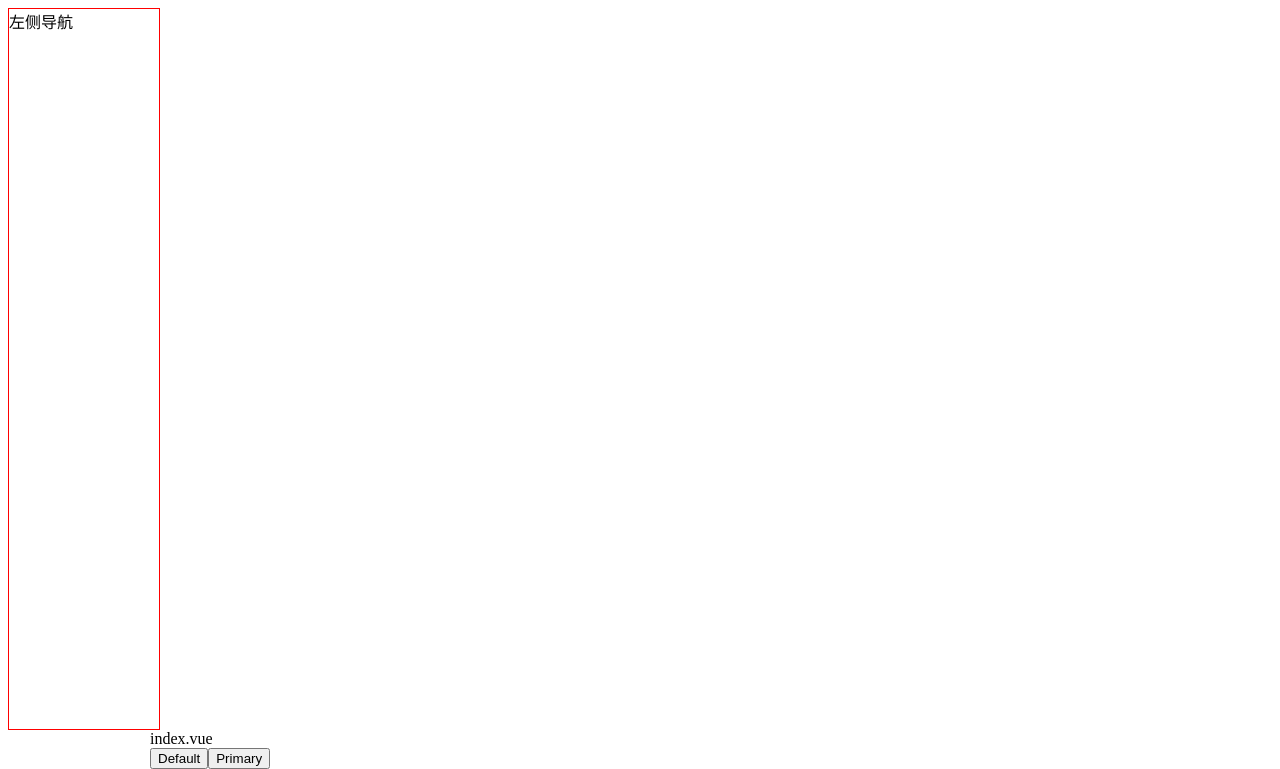
Repository: hanjinning/basicVueProject
Page: /
An editor plug-in stored every save of this project. The page is shown before and after a run of saves, followed by the edit.
The browser window is 1280 px wide. The pictures show the whole page.
The page's requests for data from a server got no answer. The project was rebuilt for these pictures with package versions that can differ from the ones it lists, and the page was loaded fresh each time. No one was signed in, and anything a server would have sent is missing. Also part of the build but not shown: vue.config.js, src/components/HelloWorld.vue, src/views/Home.vue.

Above is the page before, as saved 2021-03-18 10:53:33.

After the next 2 saves:
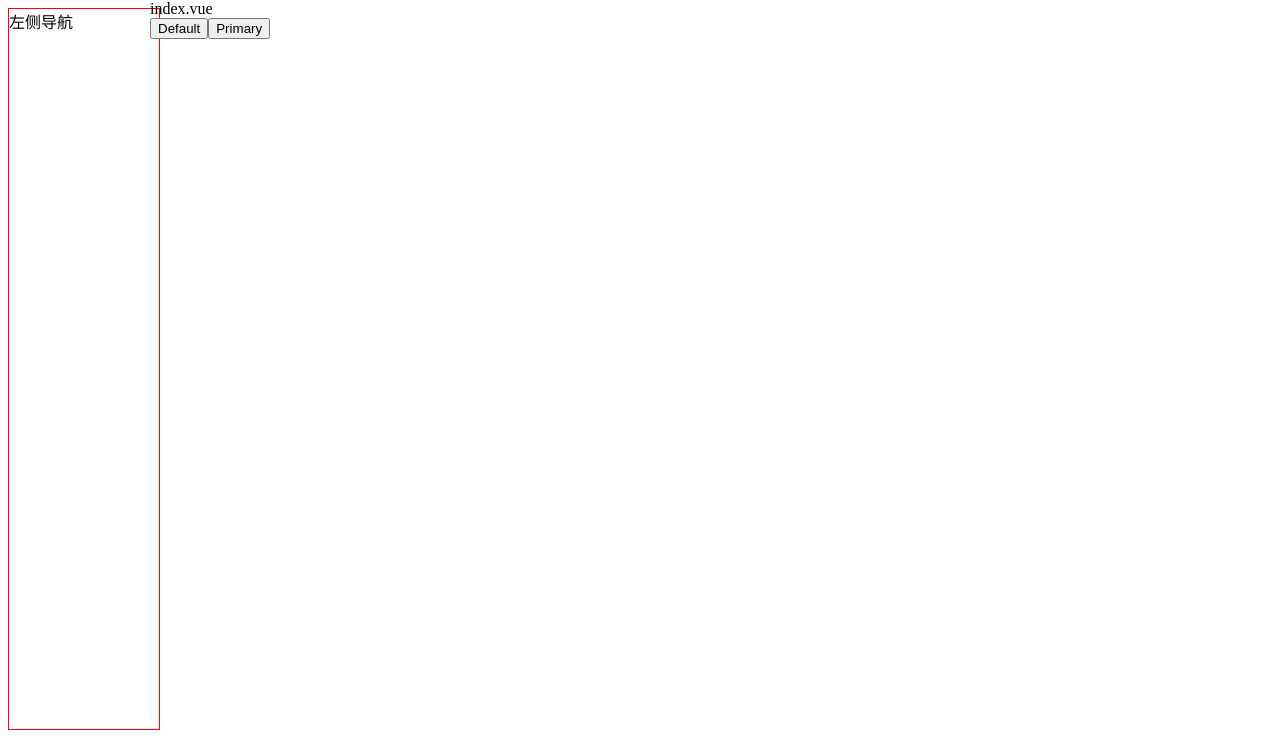
The 2 saves are shown as one change because they came seconds apart.
The last was saved 9 s later.
--- a/src/views/index.vue
+++ b/src/views/index.vue
@@ -12,5 +12,6 @@
     // border: 1px solid red;
     position: absolute;
     left: 150px;
+    top: 0px;
 }
 </style>
